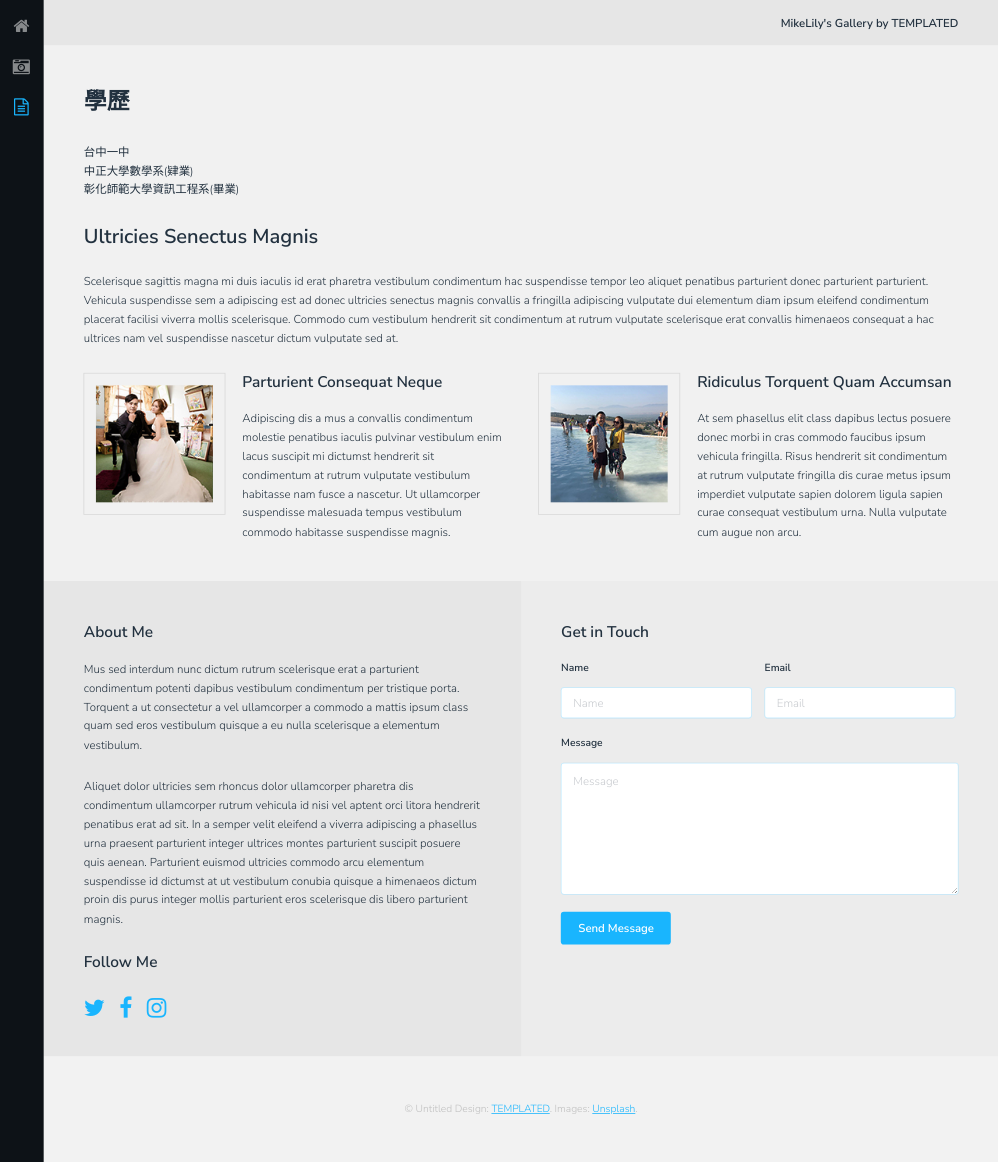
Repository: mikelily/lab
Page: Template HW/generic.html
The author's editor kept a record of every edit. The page is drawn from the files as they stood at one moment, then again after the next edit.
The browser window is 1280 px wide. The pictures show the whole page, at 78% of full size.

Above is the page before.

### Template HW/generic.html
<!DOCTYPE HTML>
<!--
	Snapshot by TEMPLATED
	templated.co @templatedco
	Released for free under the Creative Commons Attribution 3.0 license (templated.co/license)
-->
<html>
	<head>
		<title>MikeLily's Gallery by TEMPLATED</title>
		<meta charset="utf-8" />
		<meta name="viewport" content="width=device-width, initial-scale=1" />
		<link rel="stylesheet" href="assets/css/main.css" />
	</head>
	<body>
		<div class="page-wrap">

			<!-- Nav -->
				<nav id="nav">
					<ul>
						<li><a href="index.html"><span class="icon fa-home"></span></a></li>
						<li><a href="gallery.html"><span class="icon fa-camera-retro"></span></a></li>
						<li><a href="generic.html" class="active"><span class="icon fa-file-text-o"></span></a></li>
					</ul>
				</nav>

			<!-- Main -->
				<section id="main">

					<!-- Header -->
						<header id="header">
							<div>MikeLily's Gallery <span>by TEMPLATED</span></div>
						</header>

					<!-- Section -->
						<section>
							<div class="inner">
								<header>
									<h1>學歷</h1>
								</header>
								<p>台中一中<br>中正大學數學系(肄業)<br>彰化師範大學資訊工程系(畢業)
								</p>

								<h2>Ultricies Senectus Magnis</h2>
								<p>Scelerisque sagittis magna mi duis iaculis id erat pharetra vestibulum condimentum hac suspendisse tempor leo aliquet penatibus parturient donec parturient parturient. Vehicula suspendisse sem a adipiscing est ad donec ultricies senectus magnis convallis a fringilla adipiscing vulputate dui elementum diam ipsum eleifend condimentum placerat facilisi viverra mollis scelerisque. Commodo cum vestibulum hendrerit sit condimentum at rutrum vulputate scelerisque erat convallis himenaeos consequat a hac ultrices nam vel suspendisse nascetur dictum vulputate sed at.</p>
								<section class="columns double">
									<div class="column">
										<span class="image left special"><img src="images/pic01.jpg" alt="" /></span>
										<h3>Parturient Consequat Neque</h3>
										<p>
											Adipiscing dis a mus a convallis condimentum molestie penatibus iaculis pulvinar vestibulum enim lacus suscipit mi dictumst hendrerit sit condimentum at rutrum vulputate vestibulum habitasse nam fusce a nascetur. Ut ullamcorper suspendisse malesuada tempus vestibulum commodo habitasse suspendisse magnis.
										</p>
									</div>
									<div class="column">
										<span class="image left special"><img src="images/pic02.jpg" alt="" /></span>
										<h3>Ridiculus Torquent Quam Accumsan</h3>
										<p>
											At sem phasellus elit class dapibus lectus posuere donec morbi in cras commodo faucibus ipsum vehicula fringilla. Risus hendrerit sit condimentum at rutrum vulputate fringilla dis curae metus ipsum imperdiet vulputate sapien dolorem ligula sapien curae consequat vestibulum urna. Nulla vulputate cum augue non arcu.
										</p>
									</div>
								</section>
							</div>
						</section>

					<!-- Contact -->
						<section id="contact">
							<!-- Social -->
								<div class="social column">
									<h3>About Me</h3>
									<p>Mus sed interdum nunc dictum rutrum scelerisque erat a parturient condimentum potenti dapibus vestibulum condimentum per tristique porta. Torquent a ut consectetur a vel ullamcorper a commodo a mattis ipsum class quam sed eros vestibulum quisque a eu nulla scelerisque a elementum vestibulum.</p>
									<p>Aliquet dolor ultricies sem rhoncus dolor ullamcorper pharetra dis condimentum ullamcorper rutrum vehicula id nisi vel aptent orci litora hendrerit penatibus erat ad sit. In a semper velit eleifend a viverra adipiscing a phasellus urna praesent parturient integer ultrices montes parturient suscipit posuere quis aenean. Parturient euismod ultricies commodo arcu elementum suspendisse id dictumst at ut vestibulum conubia quisque a himenaeos dictum proin dis purus integer mollis parturient eros scelerisque dis libero parturient magnis.</p>
									<h3>Follow Me</h3>
									<ul class="icons">
										<li><a href="#" class="icon fa-twitter"><span class="label">Twitter</span></a></li>
										<li><a href="#" class="icon fa-facebook"><span class="label">Facebook</span></a></li>
										<li><a href="#" class="icon fa-instagram"><span class="label">Instagram</span></a></li>
									</ul>
								</div>

							<!-- Form -->
								<div class="column">
									<h3>Get in Touch</h3>
									<form action="#" method="post">
										<div class="field half first">
											<label for="name">Name</label>
											<input name="name" id="name" type="text" placeholder="Name">
										</div>
										<div class="field half">
											<label for="email">Email</label>
											<input name="email" id="email" type="email" placeholder="Email">
										</div>
										<div class="field">
											<label for="message">Message</label>
											<textarea name="message" id="message" rows="6" placeholder="Message"></textarea>
										</div>
										<ul class="actions">
											<li><input value="Send Message" class="button" type="submit"></li>
										</ul>
									</form>
								</div>

						</section>

					<!-- Footer -->
						<footer id="footer">
							<div class="copyright">
								&copy; Untitled Design: <a href="https://templated.co/">TEMPLATED</a>. Images: <a href="https://unsplash.com/">Unsplash</a>.
							</div>
						</footer>
				</section>
		</div>

		<!-- Scripts -->
			<script src="assets/js/jquery.min.js"></script>
			<script src="assets/js/jquery.poptrox.min.js"></script>
			<script src="assets/js/jquery.scrolly.min.js"></script>
			<script src="assets/js/skel.min.js"></script>
			<script src="assets/js/util.js"></script>
			<script src="assets/js/main.js"></script>

	</body>
</html>

Loaded but not shown: Template HW/assets/js/jquery.min.js (library); Template HW/assets/js/jquery.poptrox.min.js (library); Template HW/assets/css/font-awesome.min.css (library); Template HW/assets/js/jquery.scrolly.min.js (common file); Template HW/assets/js/skel.min.js (library); Template HW/assets/js/util.js (587 lines, source omitted); Template HW/assets/js/main.js (104 lines, source omitted); Template HW/assets/css/main.css (1614 lines, source omitted)

After the next edit:
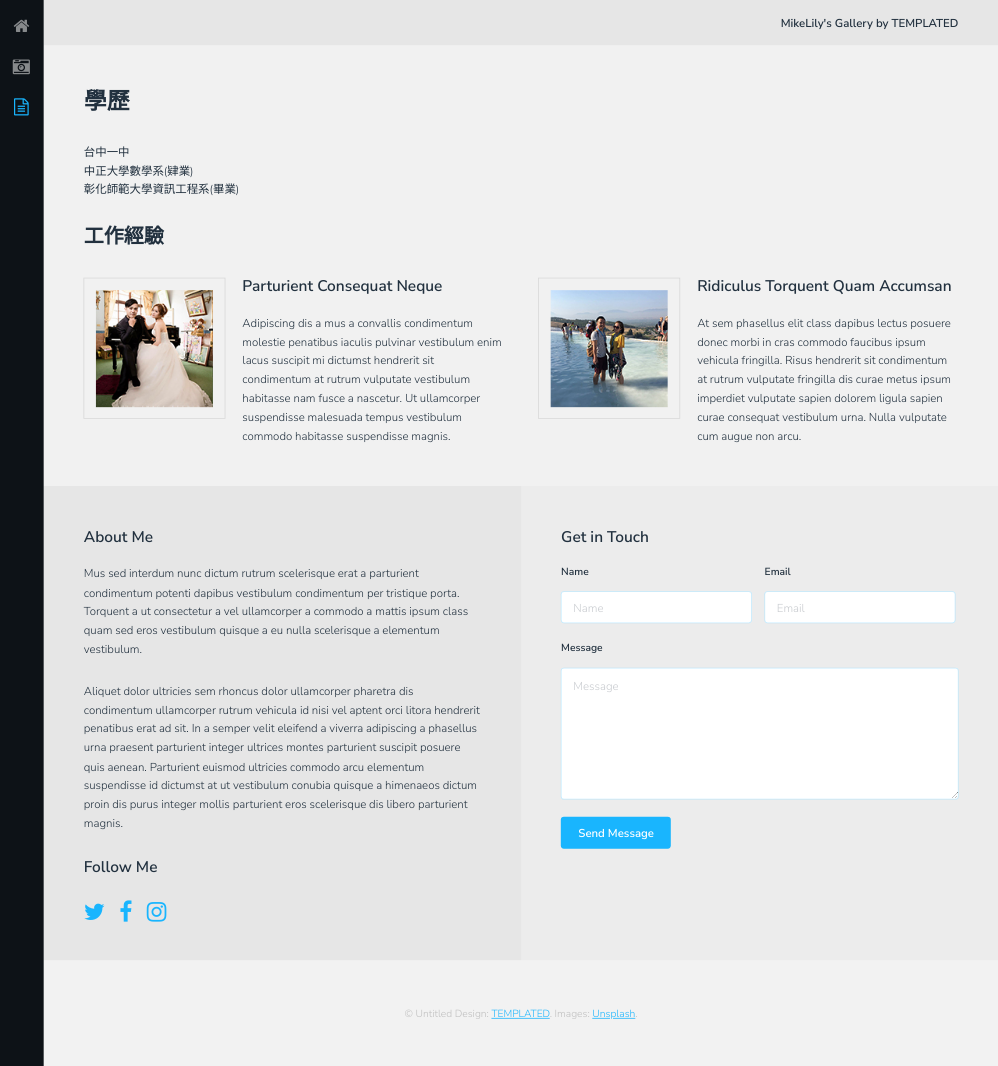
The edit:
--- a/Template HW/generic.html
+++ b/Template HW/generic.html
@@ -40,8 +40,10 @@
 								<p>台中一中<br>中正大學數學系(肄業)<br>彰化師範大學資訊工程系(畢業)
 								</p>
 
-								<h2>Ultricies Senectus Magnis</h2>
-								<p>Scelerisque sagittis magna mi duis iaculis id erat pharetra vestibulum condimentum hac suspendisse tempor leo aliquet penatibus parturient donec parturient parturient. Vehicula suspendisse sem a adipiscing est ad donec ultricies senectus magnis convallis a fringilla adipiscing vulputate dui elementum diam ipsum eleifend condimentum placerat facilisi viverra mollis scelerisque. Commodo cum vestibulum hendrerit sit condimentum at rutrum vulputate scelerisque erat convallis himenaeos consequat a hac ultrices nam vel suspendisse nascetur dictum vulputate sed at.</p>
+								<h2>工作經驗</h2>
+								<p>
+
+								</p>
 								<section class="columns double">
 									<div class="column">
 										<span class="image left special"><img src="images/pic01.jpg" alt="" /></span>
